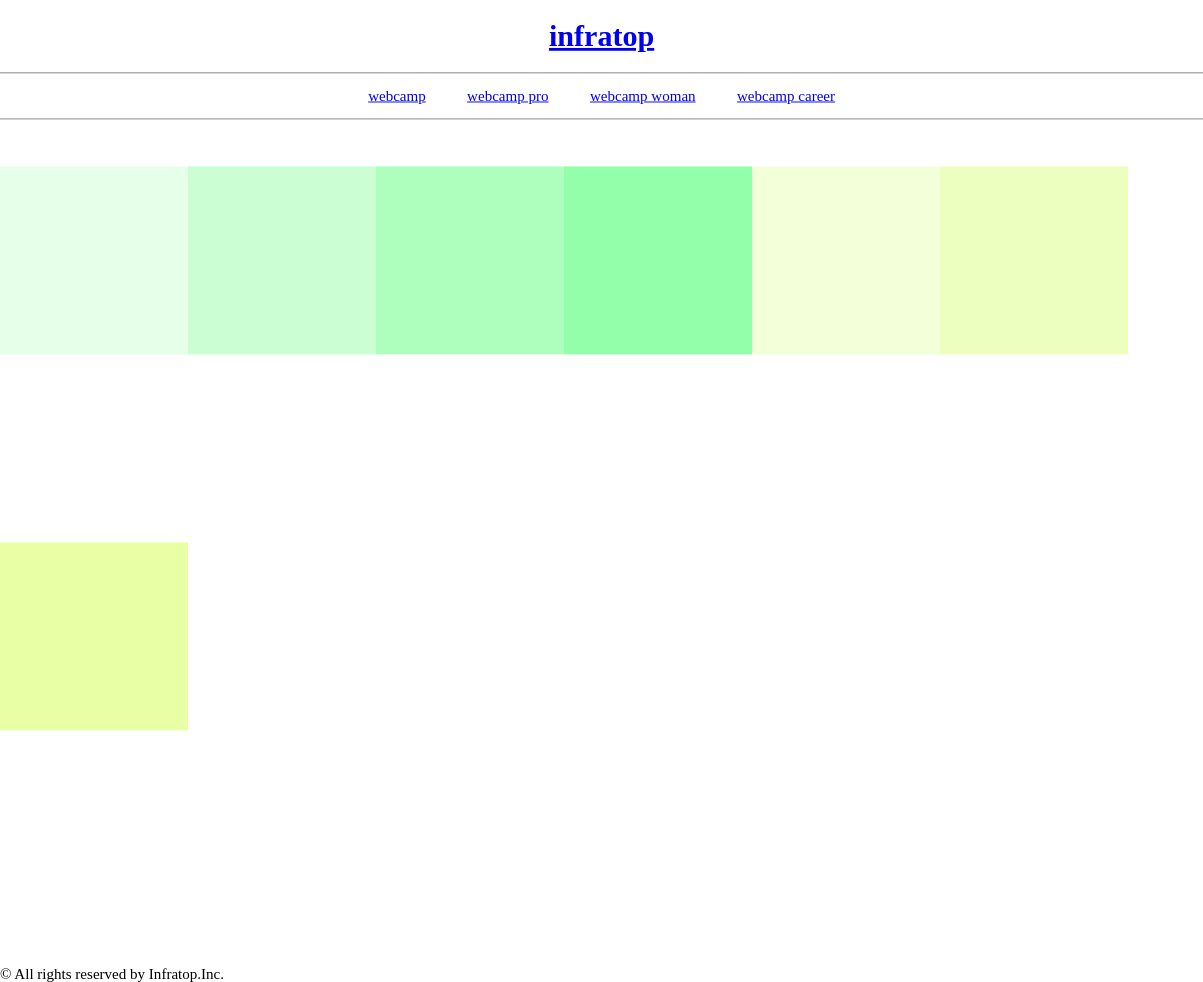
Repository: gukbvhrsui/r
Page: review2/review2.html
The author's editor kept a record of every edit. The page is drawn from the files as they stood at one moment, then again after the next edit.
The browser window is 1280 px wide. The pictures show the whole page, at 94% of full size.

Above is the page before.

### review2/review2.html
<!DOCTYPE html>
<html>
  <head>
  <meta charset="UTF-8">
  <title>演習１－５</title>
  <link rel="stylesheet" href="review2.css">
</head>
<body>
  <header>
    <h1>
      <a href="https://infratop.jp/">infratop</a>
    </h1>
  </header>
  <nav>
    <ul class="nav-list">
      <li class="nav-list-item">
       <a href="https://web-camp.io/">webcamp</a>
      </li>
      <li class="nav-list-item">
        <a href="https://web-camp.io/commit/">webcamp pro</a>
      </li>
      <li class="nav-list-item">
        <a href="https://web-camp.io/">webcamp woman</a>
      </li>
      <li class="nav-list-item">
        <a href="https://web-camp.io/">webcamp career</a>
      </li>
    </ul>
  </nav>
  <main>
    <box class="box1"></box>
    <box class="box2"></box>
    <box class="box3"></box>
    <box class="box4"></box>
    <box class="box5"></box>
    <box class="box6"></box>
    <box class="box7"></box>
    <box class="box8"></box>
    <box class="box9"></box>
    <box class="box10"></box>
    <box class="box11"></box>
    <box class="box12"></box>
  </main>
  <footer>
    <p>© All rights reserved by Infratop.Inc.</p>
  </footer>
</body>
</html>

### review2/review2.css
* {
  margin: 0;
  padding: 0;
  box-sizing: border-box;
}

header {
  width: 100%;
  padding: 20px 0;
  display: flex;
  justify-content: center;
}

.nav-list {
  text-align: center;
  margin: 0 auto;
  padding: 15px 0;
  border-top: 1px solid #848282;
  border-bottom: 1px solid #848282;
}

.nav-list-item {
  list-style: none;
  display: inline-block;
  margin: 0 20px;
}

main {
  margin: 50px auto;
  height: 800px;
  display: flex;
  flex-wrap: wrap;
}

.box1 {
  width: 200px;
  height: 200px;
  background-color: #e6ffe9;
}

.box2 {
  width: 200px;
  height: 200px;
  background-color: #cbffd3;
}

.box3 {
  width: 200px;
  height: 200px;
  background-color: #aeffbd;
}

.box4 {
  width: 200px;
  height: 200px;
  background-color: #93ffab;
}

.box5 {
  width: 200px;
  height: 200px;
  background-color: #f3ffd8;
}

.box6 {
  width: 200px;
  height: 200px;
  background-color: #edffbe;
}

.box7 {
  width: 200px;
  height: 200px;
  background-color: #e9ffa5;
}

.box8 {
  width: 200px;
  height: 200px;
  background-color: #;
}

.box9 {
  width: 200px;
  height: 200px;
  background-color: ;
}

.box10 {
  width: 200px;
  height: 200px;
  background-color: ;
}

.box11 {
  width: 200px;
  height: 200px;
  background-color: ;
}

.box12 {
  width: 200px;
  height: 200px;
  background-color: ;
}

After the next edit:
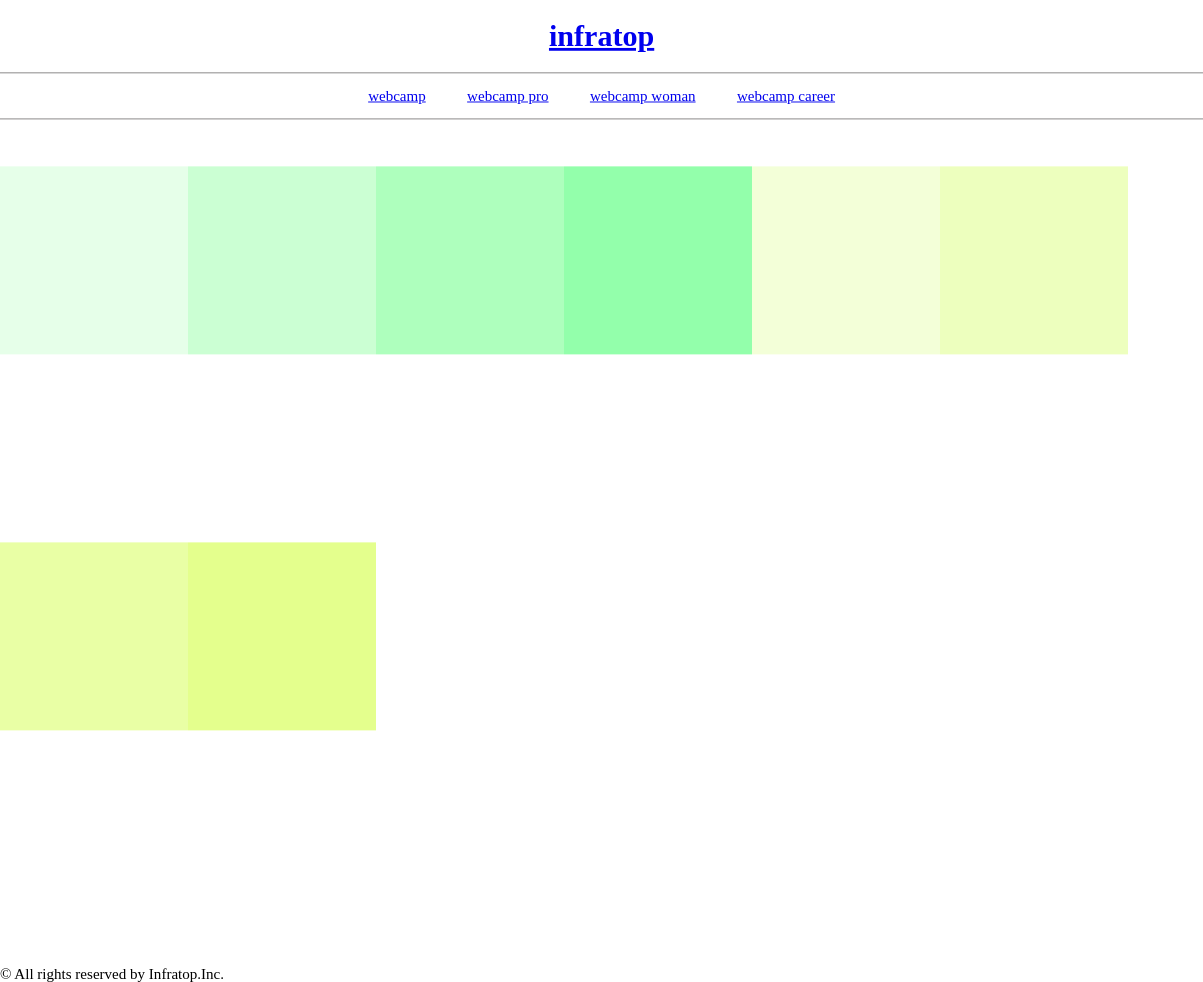
The edit:
--- a/review2/review2.css
+++ b/review2/review2.css
@@ -77,7 +77,7 @@
 .box8 {
   width: 200px;
   height: 200px;
-  background-color: #;
+  background-color: #e4ff8d;
 }
 
 .box9 {
